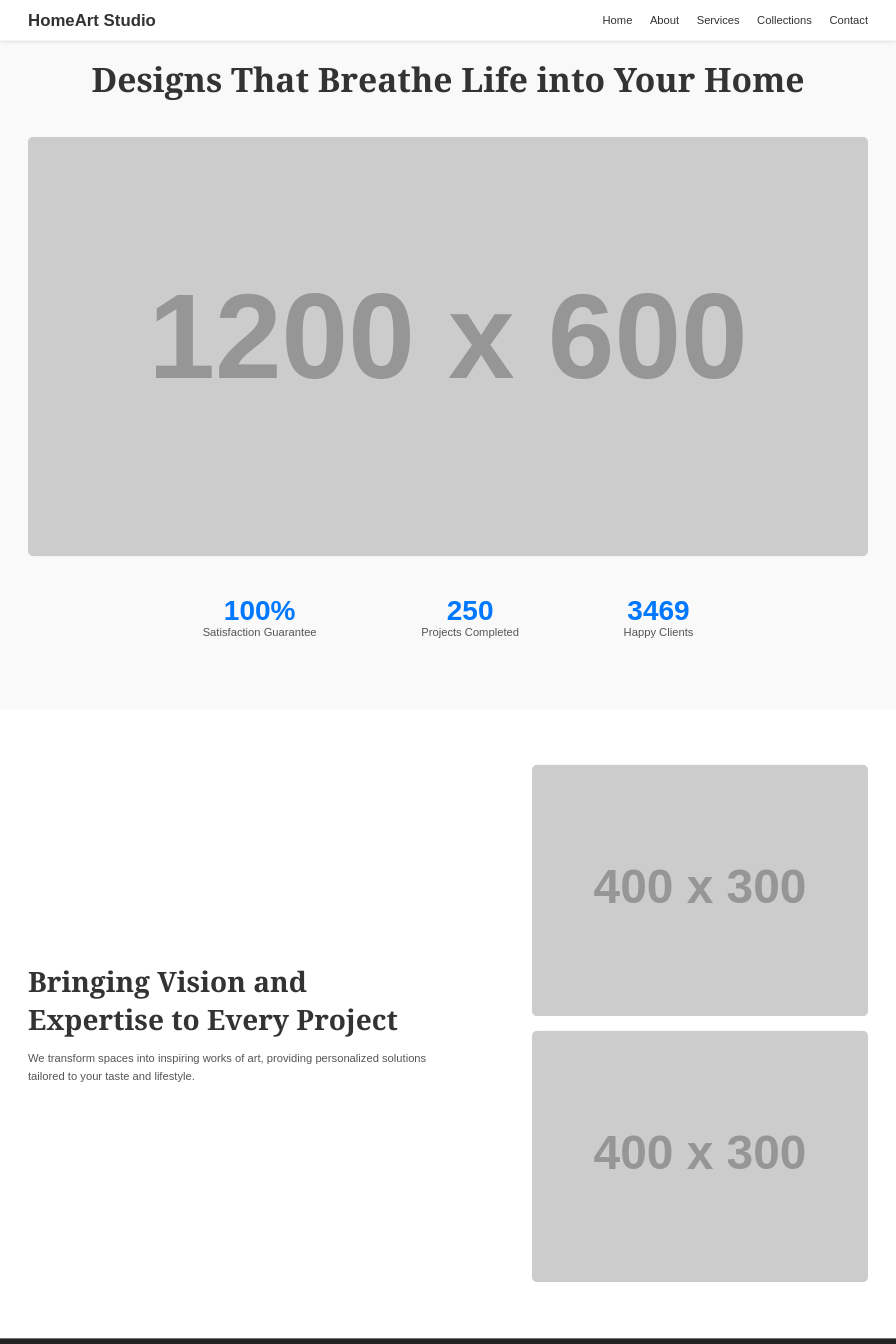
Repository: Patience225/home-decor-studio
Page: index.html
The author's editor kept a copy of each file at every save. The page is drawn from the files as they stood at one save, then again after the next save.
The browser window is 1280 px wide. The pictures show the part of the page from y = 0 to 1920 px (the page is 4316 px tall), at 70% of full size.

Above is the page before, as saved 2025-01-29 07:14:36.

### index.html
<!DOCTYPE html>
<html lang="en">
<head>
  <meta charset="UTF-8">
  <meta name="viewport" content="width=device-width, initial-scale=1.0">
  <title>HomeArt Studio</title>
  <link href="https://cdnjs.cloudflare.com/ajax/libs/font-awesome/5.15.4/css/all.min.css" rel="stylesheet">
  <link rel="stylesheet" href="styles.css">
</head>
<body>
  <header>
    <nav class="navbar">
      <div class="logo"> HomeArt Studio</div>
      <ul class="nav-links">
        <li><a href="#home">Home</a></li>
        <li><a href="#about">About</a></li>
        <li><a href="#services">Services</a></li>
        <li><a href="#collections">Collections</a></li>
        <li><a href="#contact">Contact</a></li>
      </ul>
      <div class="hamburger">
        <span></span>
        <span></span>
        <span></span>
      </div>
    </nav>
  </header>

  <section id="home" class="hero">
    <div class="hero-content">
      <h1>Designs That Breathe Life into Your Home</h1>
      <img src="https://via.placeholder.com/1200x600" alt="Living room design" class="hero-image">
      <div class="hero-stats">
        <div class="stat-item"><h2>100%</h2><p>Satisfaction Guarantee</p></div>
        <div class="stat-item"><h2>250</h2><p>Projects Completed</p></div>
        <div class="stat-item"><h2>3469</h2><p>Happy Clients</p></div>
      </div>
    </div>
  </section>

  <section id="about" class="introduction">
    <div class="intro-container">
      <div class="intro-text">
        <h2>Bringing Vision and Expertise to Every Project</h2>
        <p>We transform spaces into inspiring works of art, providing personalized solutions tailored to your taste and lifestyle.</p>
      </div>
      <div class="intro-images">
        <img src="https://via.placeholder.com/400x300" alt="Interior design 1">
        <img src="https://via.placeholder.com/400x300" alt="Interior design 2">
      </div>
    </div>
  </section>

  <section id="services" class="call-to-action">
    <div class="cta-container">
      <h2>For Everything Your Home Deserves, Reach Out to Us</h2>
      <div class="cta-images">
        <div class="image-card"><img src="https://via.placeholder.com/300x300" alt="Armchair"><p class="product-name">Personal Black Armchair</p><p class="product-price">$799.00</p></div>
        <div class="image-card"><img src="https://via.placeholder.com/300x300" alt="Cabinet"><p class="product-name">Rustic Oak Cabinet</p><p class="product-price">$1200.00</p></div>
        <div class="image-card"><img src="https://via.placeholder.com/300x300" alt="Pendant Light"><p class="product-name">Brass Pendant Light</p><p class="product-price">$720.00</p></div>
      </div>
    </div>
  </section>

  <section id="collections" class="projects">
    <h2>Our Projects</h2>
    <div class="project-cards">
      <div class="project-card"><img src="https://via.placeholder.com/300x200" alt="Landscape Project"><h3>Landscape</h3><p>Transforming outdoor spaces with elegant and functional designs.</p><a href="#" class="project-link">See Projects</a></div>
      <div class="project-card"><img src="https://via.placeholder.com/300x200" alt="Commercial Interiors"><h3>Commercial Interiors</h3><p>Innovative solutions for inspiring workspaces that foster productivity.</p><a href="#" class="project-link">See Projects</a></div>
      <div class="project-card"><img src="https://via.placeholder.com/300x200" alt="Architecture"><h3>Landscape Architecture</h3><p>Designing environments that blend seamlessly with nature.</p><a href="#" class="project-link">See Projects</a></div>
    </div>
  </section>

  <section id="contact" class="customer-review">
    <div class="review-container">
      <span class="quote-icon">❝</span>
      <p class="review-text">"Their creative approach and professionalism made the entire process seamless. I highly recommend them for any interior design project."</p>
      <div class="customer-info">
        <img src="https://via.placeholder.com/80x80" alt="Customer Picture" class="customer-img">
        <p class="customer-name">Albert Henderson</p>
      </div>
    </div>
  </section>

  <form id="contact-form">
    <input type="text" id="name" placeholder="Your Name" required>
    <input type="email" id="email" placeholder="Your Email" required>
    <textarea id="message" placeholder="Your Message" required></textarea>
    <button type="submit">Submit</button>
    <p id="form-feedback"></p>
  </form>

  <button id="back-to-top">↑</button>

  <footer class="footer">
    <div class="footer-container">
      <div class="footer-column">
        <h3>HomeArt Studio</h3>
        <p>Designs that breathe life into your home with creativity and expertise.</p>
      </div>
      <div class="footer-column">
        <h3>Quick Links</h3>
        <ul>
          <li><a href="#home">Home</a></li>
          <li><a href="#about">About</a></li>
          <li><a href="#collections">Collections</a></li>
          <li><a href="#contact">Contact</a></li>
        </ul>
      </div>
      <div class="footer-column">
        <h3>Contact Info</h3>
        <p>123 Interior Lane, Design City</p>
        <p>Phone: +123 456 7890</p>
        <p>Email: info@homeartstudio.com</p>
      </div>
      <div class="footer-column">
        <h3>Follow Us</h3>
        <div class="social-icons">
          <a href="#"><i class="fab fa-facebook-f"></i></a>
          <a href="#"><i class="fab fa-twitter"></i></a>
          <a href="#"><i class="fab fa-instagram"></i></a>
          <a href="#"><i class="fab fa-linkedin-in"></i></a>
        </div>
      </div>
    </div>
    <p>© 2025 HomeArt Studio. All rights reserved.</p>
  </footer>

  <script src="script.js"></script>
</body>
</html>

### styles.css
* {
  margin: 0;
  padding: 0;
  box-sizing: border-box;
}

body {
  font-family: 'Arial', sans-serif;
  background-color: #f5f5f5;
}

header {
  width: 100%;
  background-color: white;
  padding: 15px 30px;
  box-shadow: 0 2px 5px rgba(0, 0, 0, 0.1);
  position: fixed;
  top: 0;
  z-index: 10;
}

.navbar {
  display: flex;
  justify-content: space-between;
  align-items: center;
  max-width: 1200px;
  margin: auto;
}

.logo {
  font-size: 1.5rem;
  font-weight: bold;
  color: #333;
}

.nav-links {
  display: flex;
  list-style: none;
}

.nav-links li {
  margin-left: 25px;
}

.nav-links a {
  text-decoration: none;
  color: #333;
  font-size: 1rem;
  transition: color 0.3s ease;
}

.nav-links a:hover {
  color: #0078ff;
}

.hamburger {
  display: none;
  flex-direction: column;
  cursor: pointer;
}

.hamburger span {
  height: 3px;
  width: 25px;
  background: #333;
  margin: 4px 0;
}

@media (max-width: 768px) {
  .nav-links {
    display: none;
    flex-direction: column;
    position: absolute;
    top: 60px;
    right: 0;
    background-color: white;
    width: 100%;
    text-align: right;
  }

  .nav-links.active {
    display: flex;
  }

  .hamburger {
    display: flex;
  }
}

.hero {
  width: 100%;
  background-color: #f9f9f9;
  padding: 80px 0;
  text-align: center;
}

.hero-content h1 {
  font-size: 3rem;
  font-family: 'Georgia', serif;
  color: #333;
  margin-bottom: 20px;
}

.hero-image {
  width: 100%;
  max-width: 1200px;
  height: auto;
  border-radius: 8px;
  margin: 30px 0;
}

.hero-stats {
  display: flex;
  justify-content: space-evenly;
  max-width: 1000px;
  margin: auto;
  padding: 20px 0;
}

.stat-item {
  text-align: center;
}

.stat-item h2 {
  font-size: 2.5rem;
  font-weight: bold;
  color: #0078ff;
}

.stat-item p {
  font-size: 1rem;
  color: #555;
}

@media (max-width: 768px) {
  .hero-content h1 {
    font-size: 2rem;
  }

  .hero-stats {
    flex-direction: column;
    gap: 20px;
  }
}

.introduction {
  background-color: #ffffff;
  padding: 80px 0;
  text-align: left;
}

.intro-container {
  display: flex;
  justify-content: space-between;
  align-items: center;
  max-width: 1200px;
  margin: auto;
}

.intro-text {
  width: 50%;
  padding-right: 20px;
}

.intro-text h2 {
  font-size: 2.5rem;
  font-family: 'Georgia', serif;
  color: #333;
  margin-bottom: 15px;
}

.intro-text p {
  font-size: 1rem;
  line-height: 1.6;
  color: #555;
}

.intro-images {
  display: flex;
  flex-direction: column;
  gap: 20px;
  width: 40%;
}

.intro-images img {
  width: 100%;
  border-radius: 8px;
  object-fit: cover;
}

@media (max-width: 768px) {
  .intro-container {
    flex-direction: column;
    text-align: center;
  }

  .intro-text,
  .intro-images {
    width: 100%;
  }

  .intro-text {
    padding-right: 0;
  }
}

.call-to-action {
  background-color: #222;
  padding: 80px 0;
  text-align: center;
  color: #fff;
}

.cta-container h2 {
  font-size: 2.5rem;
  font-family: 'Georgia', serif;
  color: #ffffff;
  margin-bottom: 40px;
}

.cta-images {
  display: flex;
  justify-content: center;
  gap: 40px;
}

.image-card {
  text-align: center;
  max-width: 300px;
}

.image-card img {
  width: 100%;
  border-radius: 8px;
  object-fit: cover;
}

.product-name {
  font-size: 1.2rem;
  color: #f9f9f9;
  margin-top: 10px;
}

.product-price {
  font-size: 1rem;
  color: #cccccc;
}

@media (max-width: 768px) {
  .cta-images {
    flex-direction: column;
    gap: 20px;
  }
}

.projects {
  background-color: #f9f9f9;
  padding: 80px 0;
  text-align: center;
}

.projects h2 {
  font-size: 2.5rem;
  font-family: 'Georgia', serif;
  color: #333;
  margin-bottom: 40px;
}

.project-cards {
  display: flex;
  justify-content: center;
  gap: 40px;
  max-width: 1200px;
  margin: auto;
}

.project-card {
  background-color: #ffffff;
  border-radius: 8px;
  text-align: center;
  max-width: 300px;
  padding: 20px;
  box-shadow: 0 4px 8px rgba(0, 0, 0, 0.1);
}

.project-card img {
  width: 100%;
  border-radius: 8px;
  transition: transform 0.3s ease;
}

.project-card img:hover {
  transform: scale(1.05);
}

.project-card h3 {
  font-size: 1.5rem;
  color: #333;
  margin: 15px 0;
}

.project-card p {
  font-size: 1rem;
  color: #555;
  margin-bottom: 20px;
}

.project-link {
  font-size: 1rem;
  color: #0078ff;
  text-decoration: none;
}

.project-link:hover {
  text-decoration: underline;
}

@media (max-width: 768px) {
  .project-cards {
    flex-direction: column;
    gap: 20px;
  }
}

.customer-review {
  background-color: #f6f6f6;
  padding: 80px 0;
  text-align: center;
}

.review-container {
  background-color: #ffffff;
  max-width: 600px;
  margin: auto;
  padding: 40px;
  border-radius: 12px;
  box-shadow: 0 4px 8px rgba(0, 0, 0, 0.1);
  position: relative;
}

.quote-icon {
  font-size: 3rem;
  color: #d4af37;
  position: absolute;
  top: -25px;
  left: 10%;
}

.review-text {
  font-family: 'Georgia', serif;
  font-size: 1.5rem;
  font-style: italic;
  color: #333;
  margin-bottom: 30px;
}

.customer-info {
  display: flex;
  justify-content: center;
  align-items: center;
  gap: 15px;
  margin-top: 20px;
}

.customer-img {
  width: 80px;
  height: 80px;
  border-radius: 50%;
  object-fit: cover;
}

.customer-name {
  font-size: 1.2rem;
  font-weight: bold;
  color: #555;
}

@media (max-width: 768px) {
  .review-container {
    padding: 30px;
  }

  .review-text {
    font-size: 1.2rem;
  }

  .quote-icon {
    font-size: 2.5rem;
  }
}

#back-to-top {
  position: fixed;
  bottom: 30px;
  right: 30px;
  background-color: #d4af37;
  color: white;
  border: none;
  padding: 10px 15px;
  cursor: pointer;
  display: none;
  border-radius: 50%;
}

#back-to-top:hover {
  background-color: #333;
}

/* Contact Form Styling */
#contact-form {
  width: 100%;
  max-width: 500px;
  margin: 50px auto;
  background-color: #f9f9f9;
  padding: 20px 30px;
  border-radius: 12px;
  box-shadow: 0px 4px 10px rgba(0, 0, 0, 0.1);
  animation: fadeIn 1s ease-in-out;
}

#contact-form input,
#contact-form textarea {
  width: 100%;
  padding: 12px;
  margin-bottom: 15px;
  border: 1px solid #ddd;
  border-radius: 8px;
  font-size: 14px;
  background-color: #ffffff;
  transition: border-color 0.3s ease-in-out;
}

#contact-form input:focus,
#contact-form textarea:focus {
  border-color: #d4af37;
  outline: none;
}

#contact-form button {
  width: 100%;
  padding: 12px;
  background-color: #d4af37;
  color: white;
  font-size: 16px;
  border: none;
  border-radius: 8px;
  cursor: pointer;
  transition: background-color 0.3s ease-in-out;
  position: relative;
  overflow: hidden;
}

#contact-form button:hover {
  background-color: #333;
}

#form-feedback {
  font-size: 14px;
  margin-top: 10px;
}

#form-feedback.success {
  color: green;
}

#form-feedback.error {
  color: red;
}

#contact-form button::after {
  content: '';
  position: absolute;
  top: 0;
  left: -100%;
  width: 300%;
  height: 100%;
  background: rgba(255, 255, 255, 0.2);
  transition: left 0.4s ease;
}

#contact-form button:hover::after {
  left: 100%;
}

/* Fade-in animation */
@keyframes fadeIn {
  from {
    opacity: 0;
    transform: translateY(20px);
  }
  to {
    opacity: 1;
    transform: translateY(0);
  }
}

/* Footer Styles */
.footer {
  background-color: #333;
  color: #f9f9f9;
  padding: 60px 0;
}

.footer-container {
  display: flex;
  justify-content: space-between;
  max-width: 1200px;
  margin: auto;
  flex-wrap: wrap;
  gap: 40px;
}

.footer-column {
  max-width: 250px;
}

.footer-column h3 {
  font-size: 1.5rem;
  text-transform: uppercase;
  color: #d4af37;
  margin-bottom: 20px;
}

.footer-column p {
  font-size: 1rem;
  line-height: 1.5;
}

.footer-column ul {
  list-style: none;
  padding: 0;
}

.footer-column ul li {
  margin-bottom: 10px;
}

.footer-column ul li a {
  color: #f9f9f9;
  text-decoration: none;
  transition: color 0.3s ease;
}

.footer-column ul li a:hover {
  color: #d4af37;
}

.social-icons {
  display: flex;
  gap: 15px;
}

.social-icons a {
  display: inline-block;
  color: #f9f9f9;
  background-color: #444;
  width: 40px;
  height: 40px;
  line-height: 40px;
  text-align: center;
  border-radius: 50%;
  font-size: 1.2rem;
  transition: all 0.3s ease;
}

.social-icons a:hover {
  background-color: #d4af37;
  color: #fff;
  animation: bounce 0.5s;
}

/* Social Media Icon Bounce Animation */
@keyframes bounce {
  0%, 100% {
    transform: translateY(0);
  }
  50% {
    transform: translateY(-5px);
  }
}

@media (max-width: 768px) {
  .footer-container {
    flex-direction: column;
    text-align: center;
  }

  .footer-column {
    max-width: 100%;
  }
}

### script.js
const hamburger = document.querySelector('.hamburger');
const navLinks = document.querySelector('.nav-links');
const galleryImages = document.querySelectorAll('.gallery-item');
const backToTopButton = document.getElementById('back-to-top');
const footerIcons = document.querySelectorAll('.social-icons a');
const contactForm = document.getElementById('contact-form');
const feedback = document.getElementById('form-feedback');
const emailRegex = /^[^\s@]+@[^\s@]+\.[^\s@]+$/;

// Toggle navigation menu
hamburger.addEventListener('click', () => {
  navLinks.classList.toggle('active');
});

// Smooth scroll for navigation links
// Combined both instances of the same function
const smoothScrollLinks = document.querySelectorAll('a[href^="#"]');
smoothScrollLinks.forEach(anchor => {
  anchor.addEventListener('click', function (e) {
    e.preventDefault();
    document.querySelector(this.getAttribute('href')).scrollIntoView({
      behavior: 'smooth'
    });
  });
});

// Contact form validation & feedback animation
contactForm.addEventListener('submit', function (e) {
  e.preventDefault();

  const name = document.getElementById('name').value.trim();
  const email = document.getElementById('email').value.trim();
  const message = document.getElementById('message').value.trim();

  if (!name || !email || !message) {
    feedback.textContent = "Please fill in all fields.";
    feedback.style.color = "red";
  } else if (!emailRegex.test(email)) {
    feedback.textContent = "Please enter a valid email address.";
    feedback.style.color = "red";
  } else {
    feedback.textContent = "Thank you! Your message has been sent successfully.";
    feedback.style.color = "green";
    contactForm.reset();
  }

  // Add fade-in effect for feedback
  feedback.style.opacity = 0;
  setTimeout(() => {
    feedback.style.transition = 'opacity 1s ease-in-out';
    feedback.style.opacity = 1;
  }, 100);
});

// Hover effect for gallery images & footer social icons
const addHoverEffect = (elements) => {
  elements.forEach(el => {
    el.addEventListener('mouseenter', () => {
      el.style.transform = 'scale(1.1)';
      el.style.transition = 'transform 0.3s ease';
    });
    el.addEventListener('mouseleave', () => {
      el.style.transform = 'scale(1)';
    });
  });
};

addHoverEffect(galleryImages);
addHoverEffect(footerIcons);

// Back to top button functionality
window.addEventListener('scroll', () => {
  backToTopButton.style.display = window.scrollY > 300 ? 'block' : 'none';
});

backToTopButton.addEventListener('click', () => {
  window.scrollTo({ top: 0, behavior: 'smooth' });
});

After the next save:
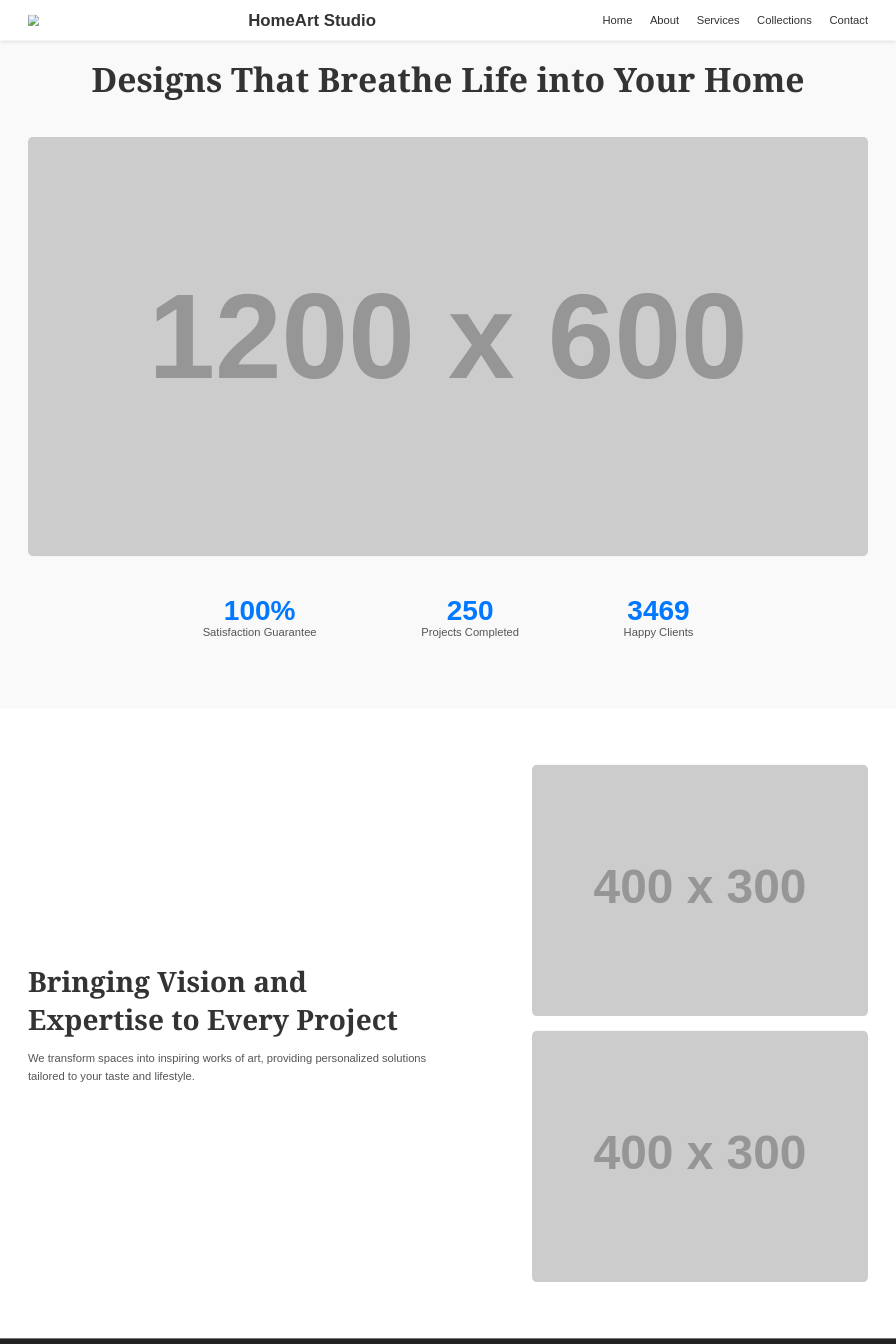
Not found: images/home-logo-and-symbols-vector.jpg
Saved 29 s later.
--- a/index.html
+++ b/index.html
@@ -10,7 +10,7 @@
 <body>
   <header>
     <nav class="navbar">
-      <div class="logo"> HomeArt Studio</div>
+      <img src="images/home-logo-and-symbols-vector.jpg"><div class="logo"> HomeArt Studio</div>
       <ul class="nav-links">
         <li><a href="#home">Home</a></li>
         <li><a href="#about">About</a></li>

After the save that followed:
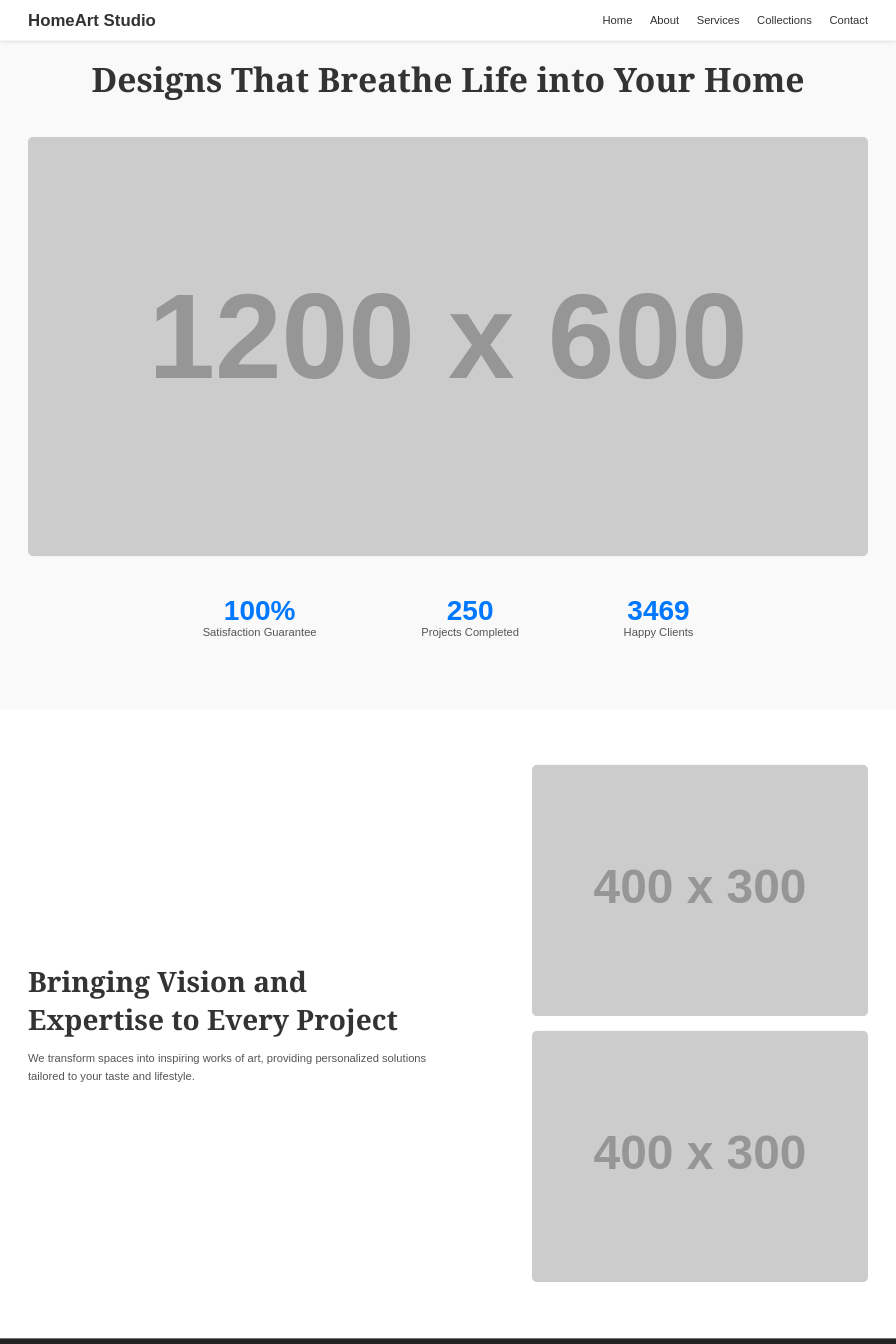
Saved 13 s later.
--- a/index.html
+++ b/index.html
@@ -10,7 +10,7 @@
 <body>
   <header>
     <nav class="navbar">
-      <img src="images/home-logo-and-symbols-vector.jpg"><div class="logo"> HomeArt Studio</div>
+      <div class="logo"> HomeArt Studio</div>
       <ul class="nav-links">
         <li><a href="#home">Home</a></li>
         <li><a href="#about">About</a></li>
